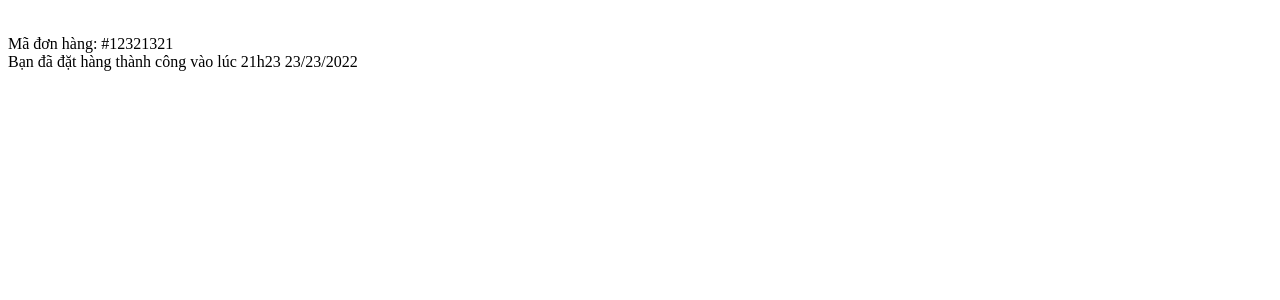
Repository: kienkiddo/BaiTapWebBanHang
Page: http://localhost/LapTrinhWebsite/home/view/thanks.jsp
These files come from the project's save history. The page is drawn as it stood at one moment and after the next save; the edit follows.
The browser window is 1280 px wide. The pictures show the whole page.
The page is served by Tomcat 9. Other server files are loaded and not shown.

Above is the page before, as saved 2022-05-11 13:51:07.

### LapTrinhWebsite/src/main/webapp/home/view/thanks.jsp
<%@ page contentType="text/html; charset=UTF-8"%>
<%@ taglib prefix="c" uri="http://java.sun.com/jsp/jstl/core"%>
<%@ taglib prefix="fmt" uri="http://java.sun.com/jsp/jstl/fmt"%>

<div class="container" style="margin-top: 35px">
  <div class="row">
    <div class="col">
		<p>Mã đơn hàng: #12321321</br>
		Bạn đã đặt hàng thành công vào lúc 21h23 23/23/2022
		</p>
    </div>
  </div>
</div>

### LapTrinhWebsite/src/main/java/commom/Security.java
package commom;

import java.math.BigInteger;
import java.security.MessageDigest;
import java.util.UUID;

import javax.servlet.http.Cookie;
import javax.servlet.http.HttpServletResponse;

import model.User;

public class Security {

	public static String getMd5(String s) {
		try {
			byte[] bytesOfMessage = s.getBytes("UTF-8");
			MessageDigest md = MessageDigest.getInstance("MD5");
			byte[] theMD5digest = md.digest(bytesOfMessage);
			BigInteger no = new BigInteger(1, theMD5digest);

			String hashtext = no.toString(16);
			while (hashtext.length() < 32) {
				hashtext = "0" + hashtext;
			}
			return hashtext;
		} catch (Exception e) {
			e.printStackTrace();
		}
		return "";
	}


	public static void setCookieLogin(String user, String pass, String hashkey, HttpServletResponse response) {
		Cookie cookie = new Cookie("email", user);
		cookie.setMaxAge(60 * 60 * 24 * 90);
		Cookie cookie2 = new Cookie("pass", pass);
		cookie2.setMaxAge(60 * 60 * 24 * 90);
		Cookie cookie3 = new Cookie("hashkey", hashkey);
		cookie3.setMaxAge(60 * 60 * 24 * 90);

		response.addCookie(cookie);
		response.addCookie(cookie2);
		response.addCookie(cookie3);
	}

	public static void deleteCookieLogin(HttpServletResponse response) {
		Cookie cookie = new Cookie("email", "");
		cookie.setMaxAge(0);
		Cookie cookie2 = new Cookie("pass", "");
		cookie2.setMaxAge(0);
		Cookie cookie3 = new Cookie("hashkey", "");
		cookie3.setMaxAge(0);

		response.addCookie(cookie);
		response.addCookie(cookie2);
		response.addCookie(cookie3);
	}

	public static String creatHashkey() {
		return UUID.randomUUID().toString();
	}


	public static void setHashkey(String hashkey, HttpServletResponse response) {
		Cookie cookie = new Cookie("hashkey", hashkey);
		cookie.setMaxAge(60 * 60 * 24 * 90);
		response.addCookie(cookie);
	}

	public static String getHashkey(Cookie[] cookies) {
		if (cookies == null) {
			return null;
		}
		for (int i = 0; i < cookies.length; i++) {
			String name = cookies[i].getName();
			String value = cookies[i].getValue();
			if (name.equals("hashkey")) {
				return value;
			}
		}
		return null;
	}

	public static void removeHashkey(HttpServletResponse response) {
		Cookie cookie = new Cookie("hashkey", "");
		cookie.setMaxAge(0);
		response.addCookie(cookie);
	}

}

After the next save:
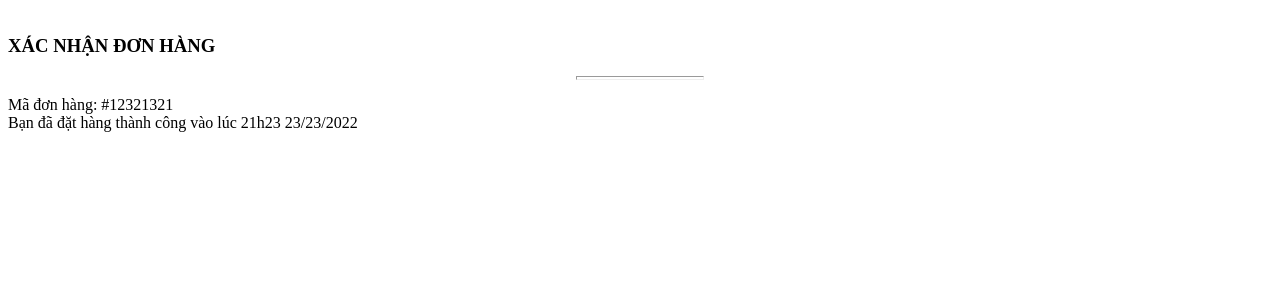
Saved 33 s later.
--- a/LapTrinhWebsite/src/main/webapp/home/view/thanks.jsp
+++ b/LapTrinhWebsite/src/main/webapp/home/view/thanks.jsp
@@ -3,11 +3,16 @@
 <%@ taglib prefix="fmt" uri="http://java.sun.com/jsp/jstl/fmt"%>
 
 <div class="container" style="margin-top: 35px">
-  <div class="row">
-    <div class="col">
-		<p>Mã đơn hàng: #12321321</br>
-		Bạn đã đặt hàng thành công vào lúc 21h23 23/23/2022
-		</p>
-    </div>
-  </div>
+	<div class="row">
+		<div class="col">
+			<h3 class="text-center">XÁC NHẬN ĐƠN HÀNG</h3>
+			<hr style="width: 10%; height: 2px" class="color-main">
+			<div class="container pt-4">
+				<p>
+					Mã đơn hàng: #12321321</br> Bạn đã đặt hàng thành công vào lúc 21h23
+					23/23/2022
+				</p>
+			</div>
+		</div>
+	</div>
 </div>
